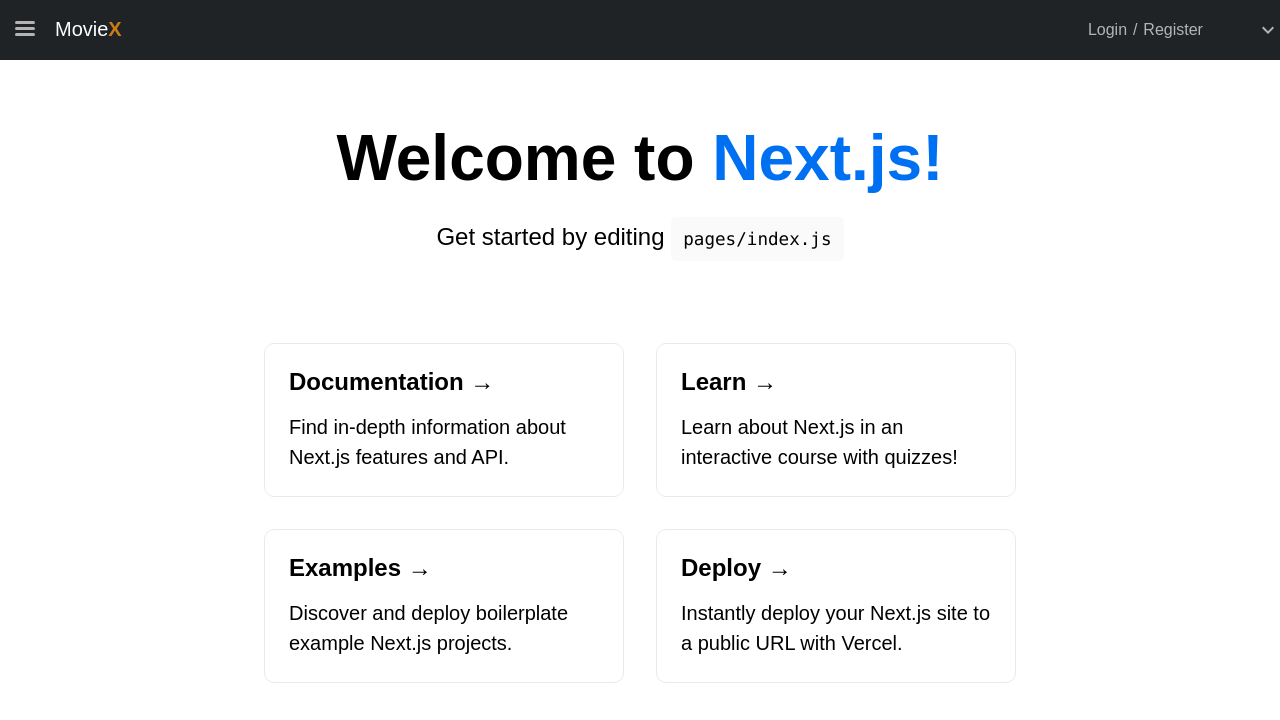
Repository: Amad-Mlinka/MovieTVBrowserNext
Page: /
The author's editor kept a copy of each file at every save. The page is drawn from the files as they stood at one save, then again after the next save.
The browser window is 1280 px wide. The pictures show the whole page.
An inner scrolling area shows only its first screen. The project was rebuilt for these pictures with package versions that can differ from the ones it lists, and the page was loaded fresh each time. The framework's server and built-in components were replaced by stand-ins that run in the browser. Also part of the build but not shown: next.config.js.

Above is the page before, as saved 2021-08-02 22:59:27.

After the next save:
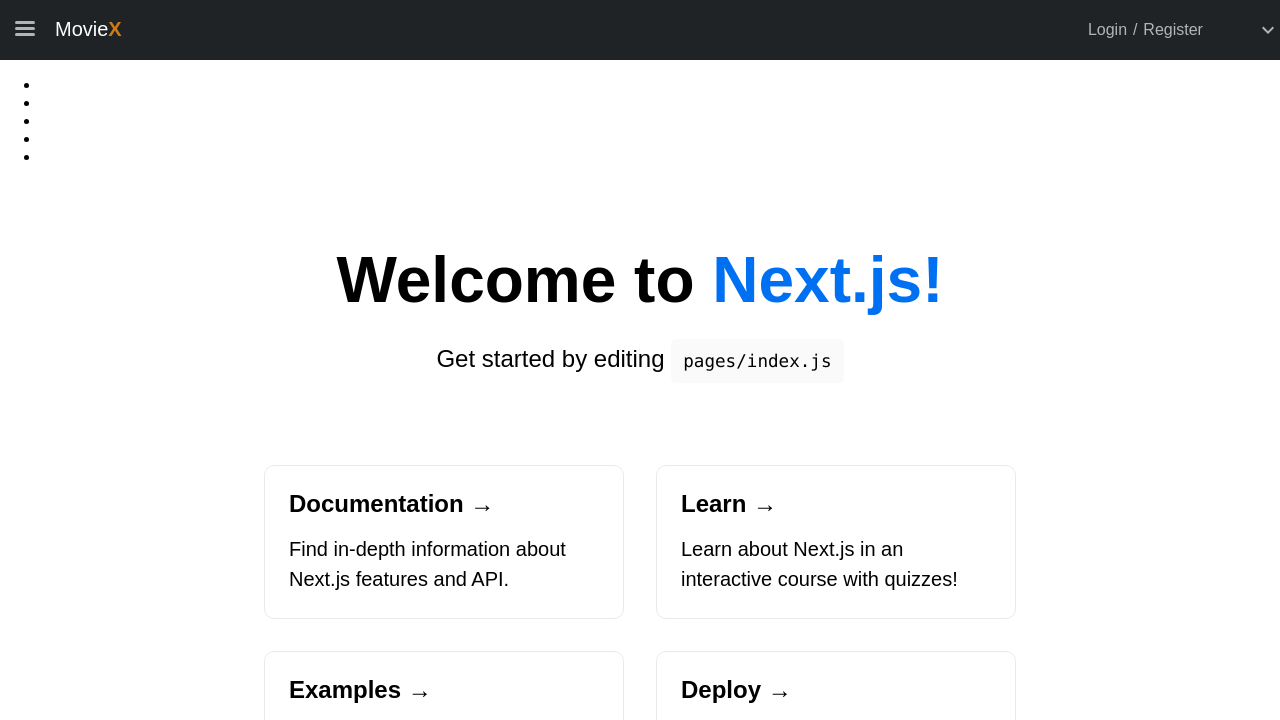
Saved 72 s later.
--- a/components/header/Header.tsx
+++ b/components/header/Header.tsx
@@ -58,7 +58,15 @@
 
             </header>
             <div className={headerStyles.sidebar}>
-
+                <div className={headerStyles.sidebarMenu}>
+                    <ul className={headerStyles.sidebarList}>
+                        <li className={headerStyles.sidebarLink}></li>
+                        <li className={headerStyles.sidebarLink}></li>
+                        <li className={headerStyles.sidebarLink}></li>
+                        <li className={headerStyles.sidebarLink}></li>
+                        <li className={headerStyles.sidebarLink}></li>
+                    </ul>
+                </div>
 
             </div>
 
